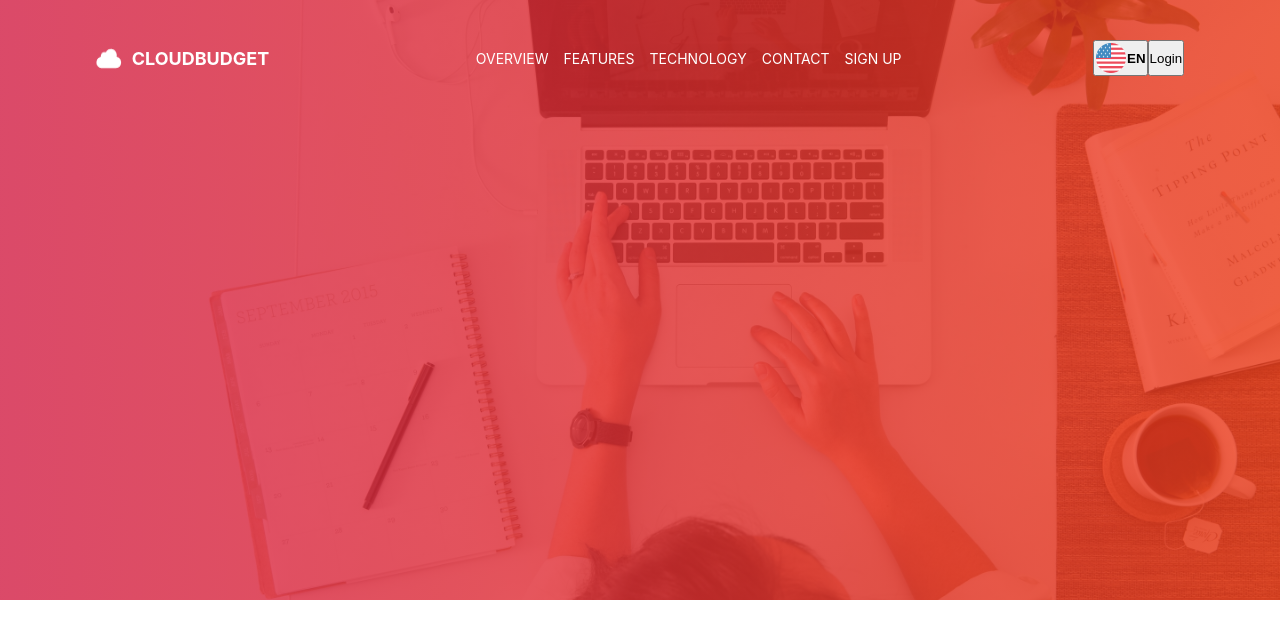
Repository: Ola-22/cloudBudget
Page: /
The author's editor kept a copy of each file at every save. The page is drawn from the files as they stood at one save, then again after the next save.
The browser window is 1280 px wide. The pictures show the whole page.
The project was rebuilt for these pictures with package versions that can differ from the ones it lists, and the page was loaded fresh each time.

Above is the page before, as saved 2021-09-12 16:03:17.

### src/App.js
import "./App.css";
import Navbar from "./Components/Navbar";

function App() {
  return (
    <div className="App">
      <div
        className="app-main"
        style={{
          backgroundImage:
            "linear-gradient(90deg, rgba(213, 32, 71, 0.8) 0%, rgba(238, 61, 27, 0.8) 100%),url(/bg.png)",
          height: "600px",
        }}
      >
        <Navbar />
      </div>
    </div>
  );
}

export default App;

### src/App.css
*{
  margin: 0;
  padding: 0;
  box-sizing: border-box;
}

.app-main{
  height: 600px;
  background-position: center;
  background-repeat: no-repeat;
  background-size: cover;
  position: relative;
}

### src/Components/Navbar/index.jsx
import "./style.scss";
// import {Link} from "react-router-dom"
import { Link, BrowserRouter as Router } from "react-router-dom";

function Navbar() {
  return (
    <div className="nav-main">
      <div className="nav-box">
        <img src="/Vector.png" alt="" />
        <h3>CLOUDBUDGET</h3>
      </div>
      <Router>
        <nav>
          <Link to="/">overview</Link>
          <Link to="/">features</Link>
          <Link to="/">technology</Link>
          <Link to="/">contact</Link>
          <Link to="/">sign up</Link>
        </nav>
      </Router>
      <div style={{ display: "flex" }}>
        <button style={{ display: "flex", alignItems: "center" }}>
          <img src="/flag.png" alt="" />
          <h4>EN</h4>
        </button>
        <button>Login</button>
      </div>
    </div>
  );
}

export default Navbar;

### src/Components/Navbar/style.scss
.nav-main{
  display: flex;
  align-items: center;
  justify-content: space-around;
  padding-top: 40px;
  & >nav{
    display: flex;
    & >a {
      margin-left: 15px;
      text-transform: uppercase;
      color: white;
      font-size: 14px;
      text-decoration: none;
    }
  }
}

.nav-box{
  display: flex;
  // margin-left: 5%;
  & > h3{
    font-size: 18px;
    margin-left: 9.9px;
    color: white;
  }
}

Loaded but not shown: public/index.html (common file); src/index.js (common file); src/index.css (common file); src/reportWebVitals.js (common file)

After the next save:
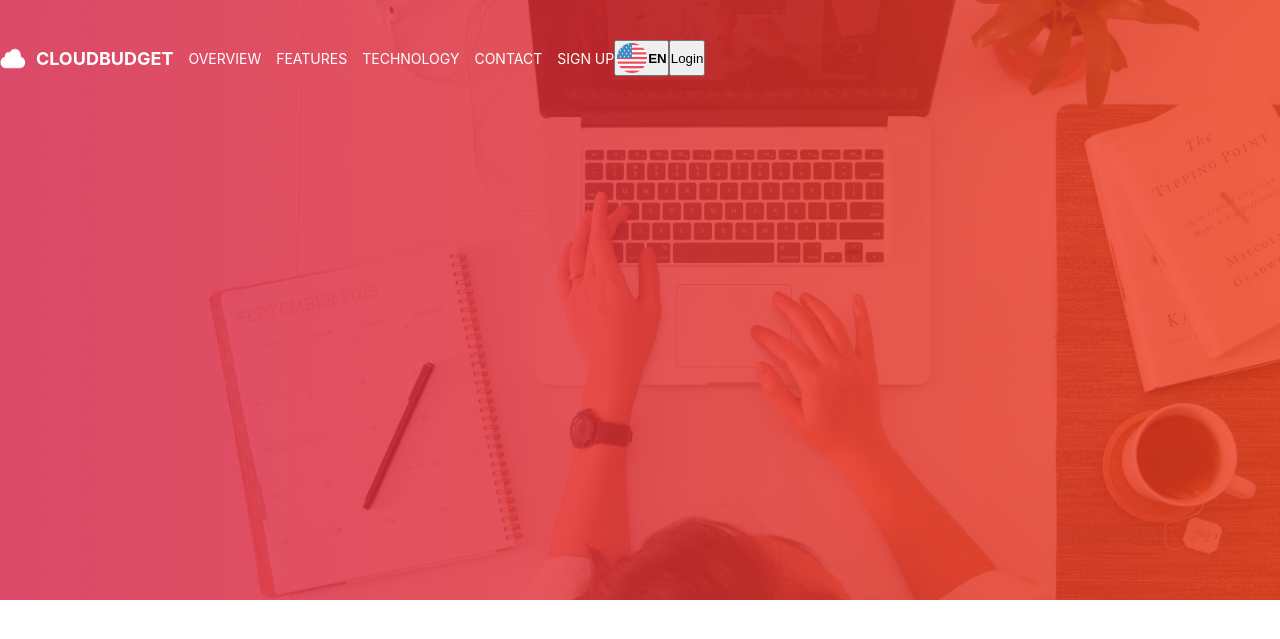
Saved 118 s later.
--- a/src/Components/Navbar/style.scss
+++ b/src/Components/Navbar/style.scss
@@ -1,7 +1,7 @@
 .nav-main{
   display: flex;
   align-items: center;
-  justify-content: space-around;
+  // justify-content: space-around;
   padding-top: 40px;
   & >nav{
     display: flex;

After the save that followed:
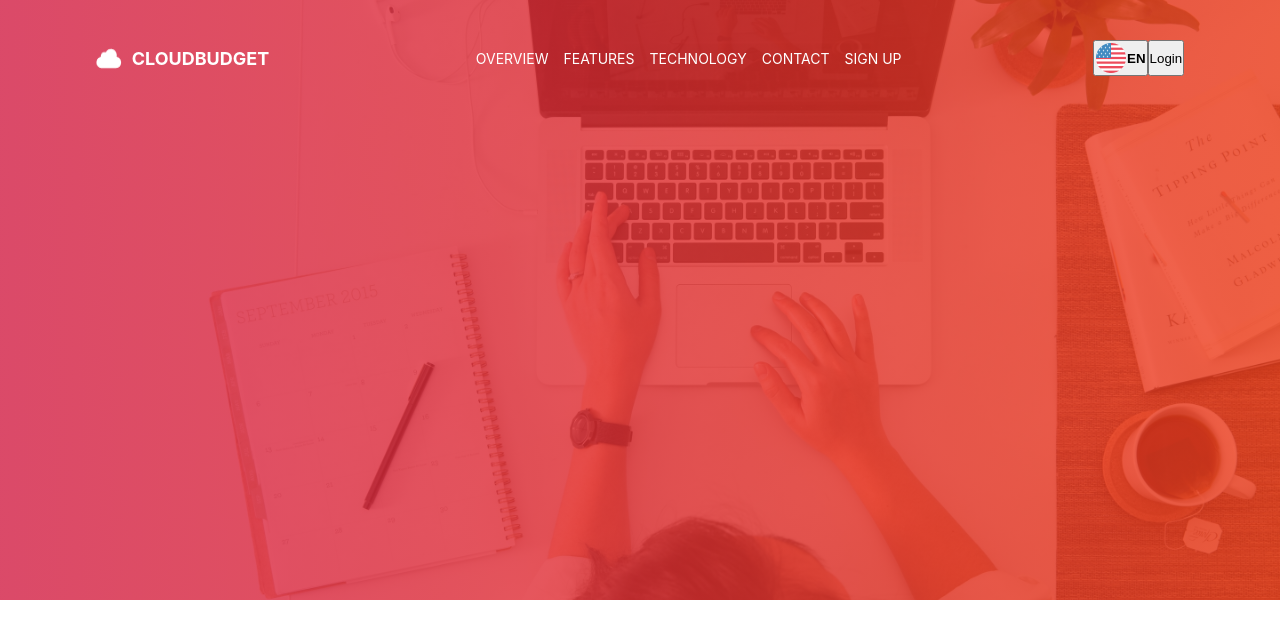
Saved 4 s later.
--- a/src/Components/Navbar/style.scss
+++ b/src/Components/Navbar/style.scss
@@ -1,7 +1,7 @@
 .nav-main{
   display: flex;
   align-items: center;
-  // justify-content: space-around;
+  justify-content: space-around;
   padding-top: 40px;
   & >nav{
     display: flex;
